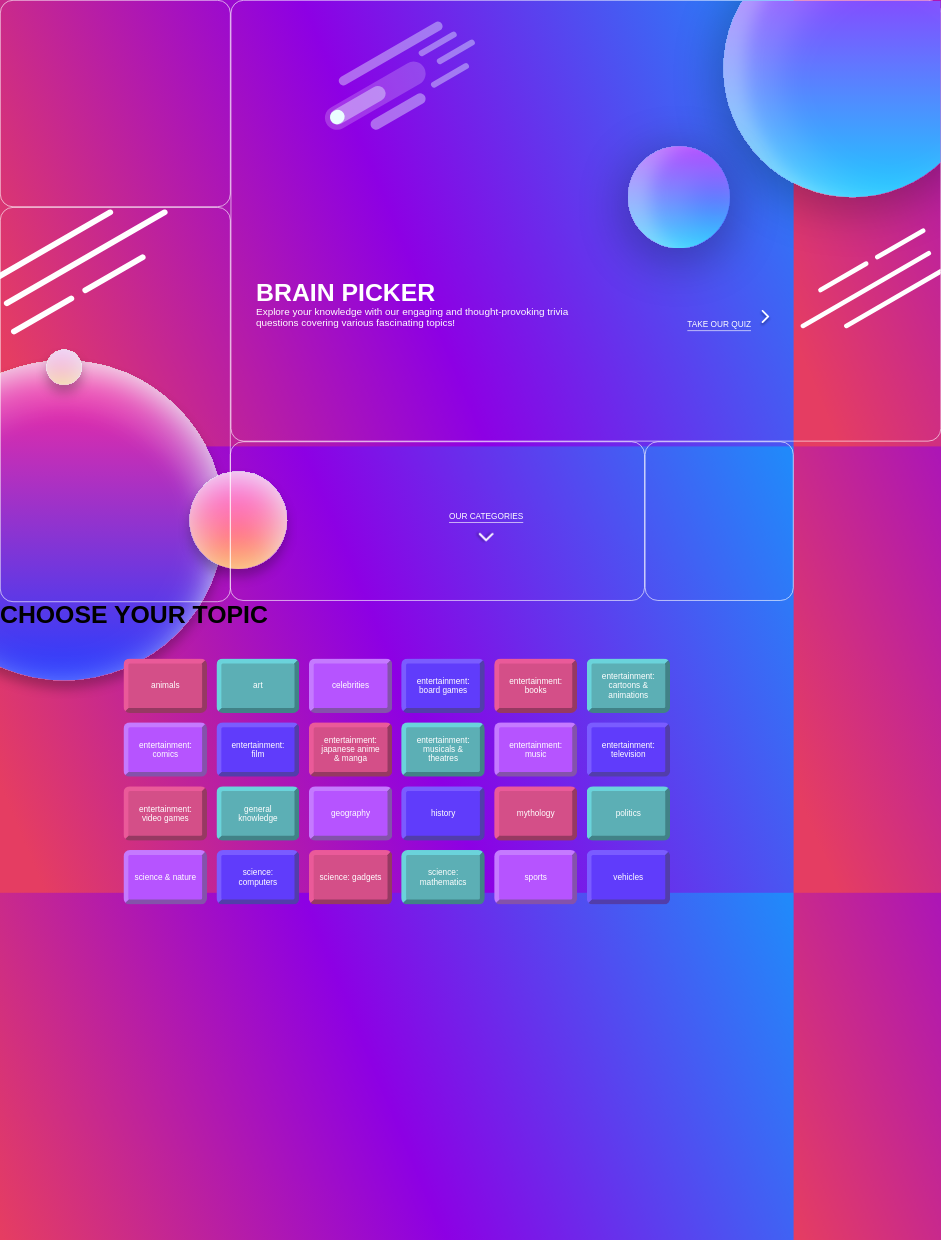
Repository: pjiang604/COMP-2170_Final-Project
Page: index.html
These files come from the project's save history. The page is drawn as it stood at one moment and after the next save; the edit follows.
The browser window is 1280 px wide. The page is 1518 px wide, so the pictures cover 1518 px, including what lies to the right of the window. The pictures show the whole page, at 62% of full size.
Backgrounds fixed to the window are drawn as part of the page.

Above is the page before, as saved 2023-04-30 13:10:37.

### index.html
<!DOCTYPE html>
<html lang="en">
  <head>
    <meta charset="UTF-8">
    <meta http-equiv="X-UA-Compatible" content="IE=edge">
    <meta name="viewport" content="width=device-width, initial-scale=1.0">
    <link rel="stylesheet" href="style.css">
    <title> Brain Picker </title>
    <script src="/easy.js"></script>
    <script src="/medium.js"></script>
    <script src="/hard.js"></script>
  </head>
  <body>
    <div class="container">
      <div class="graphic__left">
        <img class="bottom__left_sphere" src="/Assets/bg_graphics/bottom_left_sphere_group.svg" alt="">
        <img class="left__shooting_star" src="/Assets/bg_graphics/shooting_star_left.svg" alt="">
      </div>
      <div class="left__containers">
        <div class="left__container_top"></div>
        <div class="left__container_bottom"></div>
      </div>
      <div class="quiz__container">
        <div class="left__content">
          <h1> BRAIN PICKER </h1>
          <p> Explore your knowledge with our engaging and thought-provoking trivia questions covering various fascinating topics! </p>
        </div>
        <div class="right__content">
          <div class="graphics">
            <img class="shooting__star_top" src="/Assets/bg_graphics/shooting_star_alt.svg" alt="">
            <img class="top__right_sphere" src="/Assets/bg_graphics/top_right_sphere_group.svg" alt="">
            <img class="star__right" src="/Assets/bg_graphics/shooting_star_right.svg" alt="">
          </div>
          <div class="quiz__button">
            <a href="#">
              <button class="take__quiz_button"> TAKE OUR QUIZ </button>
              <img class="quiz__arrow" src="/Assets/buttons/arrow-head.svg" alt="">
            </a>
          </div>
        </div>
      </div>
    </div>
    <div class="bottom__containers">
      <div class="bottom__container_left">
        <a href="#">
          <button class="categories__button"> OUR CATEGORIES </button>
        </a>
        <img class="categories__arrow" src="/Assets/buttons/arrow-head.svg" alt="" width="30px">
      </div>
      <div class="bottom__container_right"></div>
    </div>

    <div class="categories__section">
      <h1 class="topics_header">CHOOSE YOUR TOPIC</h1>

      <div class="categories_container">
        <button class='topic_button1' id="animals">animals</button>
        <button class='topic_button2' id="art">art</button>
        <button class='topic_button3' id="celebrities">celebrities</button>
        <button class='topic_button4' id="board_games">entertainment: board games</button>
        <button class='topic_button1' id="books">entertainment: books</button>
        <button class='topic_button2' id="cartoons_animations">entertainment: cartoons & animations</button>
        <button class='topic_button3' id="comics">entertainment: comics</button>
        <button class='topic_button4' id="film">entertainment: film</button>
        <button class='topic_button1' id="japanese_anime">entertainment: japanese anime & manga</button>
        <button class='topic_button2' id="musicals_theatre">entertainment: musicals & theatres</button>
        <button class='topic_button3' id="music">entertainment: music</button>
        <button class='topic_button4' id="television">entertainment: television</button>
        <button class='topic_button1' id="video_games">entertainment: video games</button>
        <button class='topic_button2' id="general_knwoledge">general knowledge</button>
        <button class='topic_button3' id="geography">geography</button>
        <button class='topic_button4' id="history">history</button>
        <button class='topic_button1' id="mythology">mythology</button>
        <button class='topic_button2' id="politics">politics</button>
        <button class='topic_button3' id="science_nature">science & nature</button>
        <button class='topic_button4' id="computers">science: computers</button>
        <button class='topic_button1' id="gadgets">science: gadgets </button>
        <button class='topic_button2' id="mathematics">science: mathematics</button>
        <button class='topic_button3' id="sports">sports</button>
        <button class='topic_button4' id="vehicles">vehicles</button>
      </div>
    </div>

  </body>
</html>

### style.css
:root {
	--font-family: Arial, Helvetica, sans-serif;
	--font-weight-general: normal;
	--font-weight-light: 100;
	--font-weight-bold: bold;
	--font-size-body: 12pt;
	--font-size-heading: 30pt;
	--font-size-sub-heading: 22pt;

	--white: #fff;
	--black: #000000;
}

h1 {
	font-size: var(--font-size-heading);
	font-weight: var(--font-weight-bold);
	font-family: var(--font-family);
}

h2 {
	font-size: var(--font-size-sub-heading);
	font-weight: var(--font-weight-bold);
	font-family: var(--font-family);
}

p {
	font-size: var(--font-size-body);
	font-weight: var(--font-weight-general);
	font-family: var(--font-family);
}

* {
	margin: 0;
}

body {
	/* Linear gradient bg */
	background: linear-gradient(247.38deg, #2189FA 0.96%, #8D00E4 50.19%, #E53D62 95.42%);
	min-height: 2000px;
	background-attachment: fixed;
	background-position: center;
	background-repeat: no-repeat;
	background-size: cover;
	max-width: 100%;
}

/**Main container**/
.container {
	display: flex;
}

.bottom__left_sphere {
	position: absolute;
	width: 30rem;
	top: 35rem;
	z-index: -1;
}

.left__shooting_star {
	width: 17rem;
	position: absolute;
	top: 21rem;
}

/**Left containers**/
.left__container_top {
	box-sizing: border-box;
	display: flex;
	width: 372px;
	height: 334px;
	border: 0.25px solid #FFFFFF;
	border-radius: 21px;
}

.left__container_bottom {
	box-sizing: border-box;
	display: flex;
	width: 372px;
	height: 637px;
	border: 0.25px solid #FFFFFF;
	border-radius: 21px;
}

/**Bottom containers**/
.bottom__containers {
	display: flex;
	margin-top: -16.2rem;
	/* justify-content: end; */
	padding-left: 23.2rem;
}

.bottom__container_left {
	box-sizing: border-box;
	display: flex;
	width: 52.8rem;
	height: 257px;
	border: 0.25px solid #FFFFFF;
	border-radius: 21px;
}

.bottom__container_right {
	box-sizing: border-box;
	display: flex;
	width: 303px;
	height: 257px;
	border: 0.25px solid #FFFFFF;
	border-radius: 21px;
}

/**Quiz Section**/
.quiz__container {
	box-sizing: border-box;
	display: flex;
	width: 71.6rem;
	height: 44.5rem;
	border: 0.15px solid #FFFFFF;
	border-radius: 21px;
}

.shooting__star_top {
	position: absolute;
	right: 32rem;
	top: 2rem;
}

.top__right_sphere {
	display: flex;
	justify-content: end;
}

.star__right {
	display: flex;
	position: relative;
	float: right;
	bottom: 8rem;
}

.left__content {
	color: var(--white);
	width: 40rem;
	padding-left: 2.5rem;
	padding-top: 28rem;
}

.take__quiz_button {
	border: none;
	text-decoration: underline;
	text-underline-offset: 5px;
	color: var(--white);
	background: none;
	padding-left: 11rem;
	cursor: pointer;
}

.quiz__button>a {
	text-decoration: none;
}


.categories__button {
	border: none;
	text-decoration: underline;
	text-underline-offset: 5px;
	color: var(--white);
	background: none;
	padding-left: 22rem;
	padding-top: 7rem;
	cursor: pointer;
}

.categories__arrow {
	rotate: 90deg;
	margin-top: 2.5rem;
	position: absolute;
	left: 48rem;
	top: 50.5rem;
}

.bottom__container_left>a {
	text-decoration: none;
}


/** Topics Section **/

.categories_container{
	display: grid;
	grid-template-columns: 8.4rem 8.4rem 8.4rem 8.4rem 8.4rem 8.4rem;
	gap: .935rem;
	align-items: center;
	justify-content: center;
	padding-top: 3rem;
}

.topic_button1{
	border-width: .5rem;
	height: 5.5rem;
    color: var(--white);
    border-radius: 0.656rem;
    background-color: #d44f88;
    border-color: #ea5a99;

}

.topic_button2{
	background-color: #5CAFB5;
	height: 5.5rem;
	color: var(--white);
	border-radius: 0.656rem;
	border-color: #6ad3db;
	border-width: .5rem;
}
.topic_button3{
	background-color:#B654FF;
	height: 5.5rem;
	color: var(--white);
	border-radius: 0.656rem;
	border-color:#c57aff;
	border-width: .5rem;
}
.topic_button4{
	background-color:#603CFB;
	height: 5.5rem;
	color: var(--white);
	border-radius: 0.656rem;
	border-color:#7a5cff;
	border-width: .5rem;
}

Loaded but not shown: easy.js (no stored copy; drawn as an empty file); medium.js (no stored copy; drawn as an empty file); hard.js (no stored copy; drawn as an empty file)

After the next save:
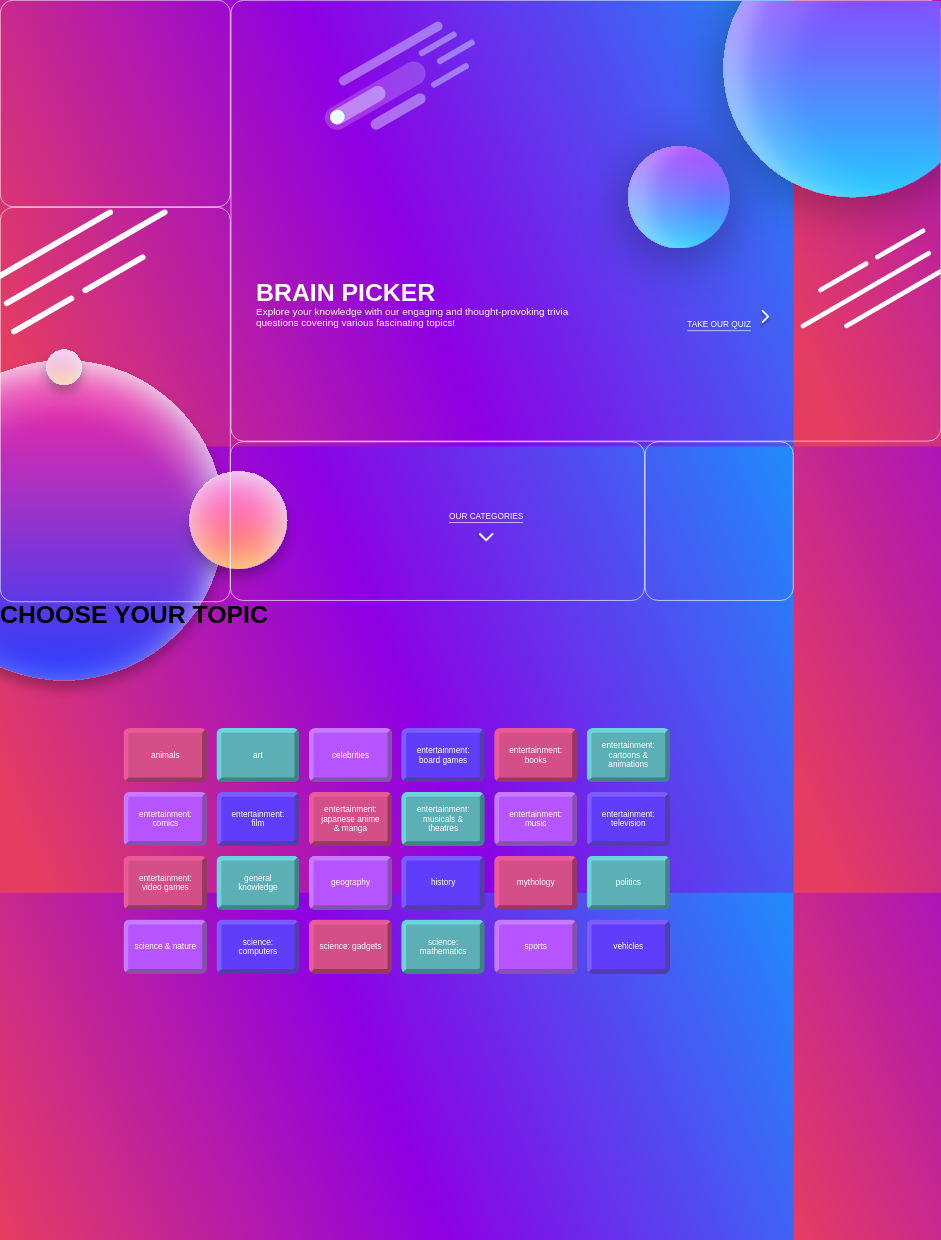
Saved 4 s later.
--- a/style.css
+++ b/style.css
@@ -189,7 +189,7 @@ body {
 	gap: .935rem;
 	align-items: center;
 	justify-content: center;
-	padding-top: 3rem;
+	padding-top: 10rem;
 }
 
 .topic_button1{
